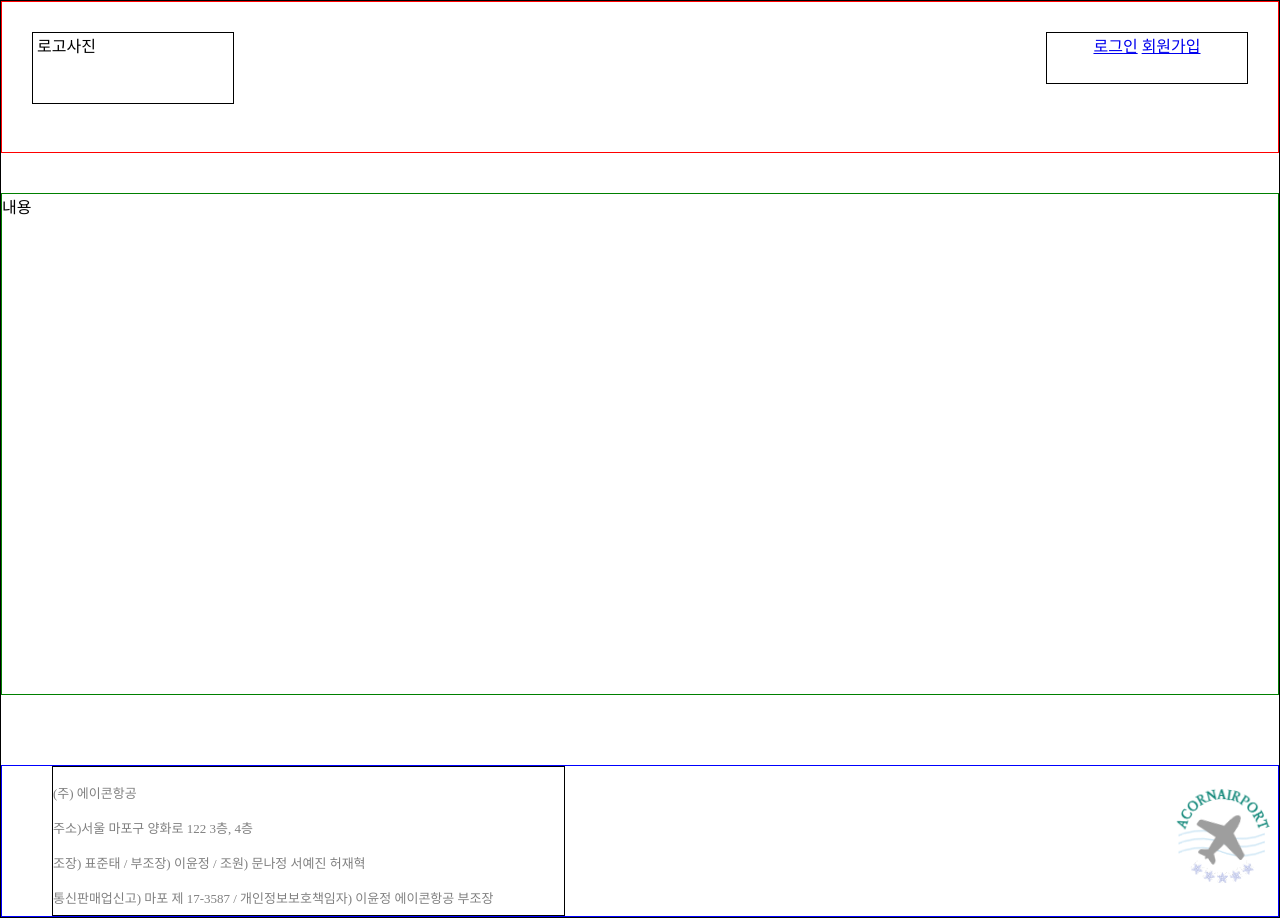
Repository: juntae710/Acorn_AirlineReservation_Project
Page: http://localhost/prj3_1/WEB-INF/views/h_index.jsp
The author's editor kept a copy of each file at every save. The page is drawn from the files as they stood at one save, then again after the next save.
The browser window is 1280 px wide. The pictures show the whole page.
The page is served by Tomcat 9. Nobody is signed in. Other server files are loaded and not shown. The template is opened directly, without the code that normally fills it, so the values that code supplies are empty.

Above is the page before, as saved 2023-09-20 02:04:45.

### Eclipse/prj3_1/src/main/webapp/WEB-INF/views/h_index.jsp
<%@ page language="java" contentType="text/html; charset=UTF-8"
	pageEncoding="UTF-8"%>
<!DOCTYPE html>
<html>
<head>
<meta charset="UTF-8">
<title>Insert title here</title>
<style>
* {
	margin: 0;
}

main {
	border: 1px solid black;
}

header {
	border: 1px solid red;
	height: 150px;
	display: flex;
	position: relative;

}

.headerimg {
	width: 200px;
	height: 70px;
	border: 1px solid black;
	position: absolute;
	left: 30px;
	top: 30px;
}

.headerAtag {
	width: 200px;
	height: 50px;
	border: 1px solid black;
	position: absolute;
	right: 30px;
	top: 30px;
	text-align: center;
}

section {
	border: 1px solid green;
	height: 500px;
	margin-top: 40px;
}

footer {
	border: 1px solid blue;
	height: 150px;
	margin-top: 70px;
	margin-bottom: 0px;
	display: flex;
}

.footer_info {
	border: 1px solid black;
	margin-left: 50px;
	width: 1000px;
	font-size: 13px;
	color: gray;
}

.footer_img {
	width: 200px;
	height: 100px;
	margin-left: 600px;
	margin-top: 13px;
}
</style>
</head>
<body>
	<main>
		<header>
			<div class="headerimg">
				<img src="" alt=""> 로고사진
			</div>

			<%
			String id = (String) session.getAttribute("id");
			%>

			<div class="headerAtag">
				<%
				if (id == null) {
				%>
				<a href="<%=request.getContextPath()%>/h_login">로그인</a>
				<%

				%>
				<a href="<%=request.getContextPath()%>/l_join">회원가입</a>
				<%
				} else {
				%>
				<p>
					아이디:
					<%=id%>님
				</p>
				<a href="<%=request.getContextPath()%>/h_logOut">로그아웃</a> <a
					href="<%=request.getContextPath()%>/UUA.do">마이페이지</a>

				<%
				}
				%>
			</div>

		</header>

		<section>내용</section>



		<footer>
			<div class="footer_info">
				<br>(주) 에이콘항공 <br>
				<br> 주소)서울 마포구 양화로 122 3층, 4층 <br>
				<br> 조장) 표준태 / 부조장) 이윤정 / 조원) 문나정 서예진 허재혁 <br>
				<br> 통신판매업신고) 마포 제 17-3587 / 개인정보보호책임자) 이윤정 에이콘항공 부조장
			</div>
			<div class="footer_img">
				<img alt="이미지" src="<%=request.getContextPath()%>/img/acornairport.png">
			</div>
		</footer>
	</main>
</body>
</html>

After the next save:
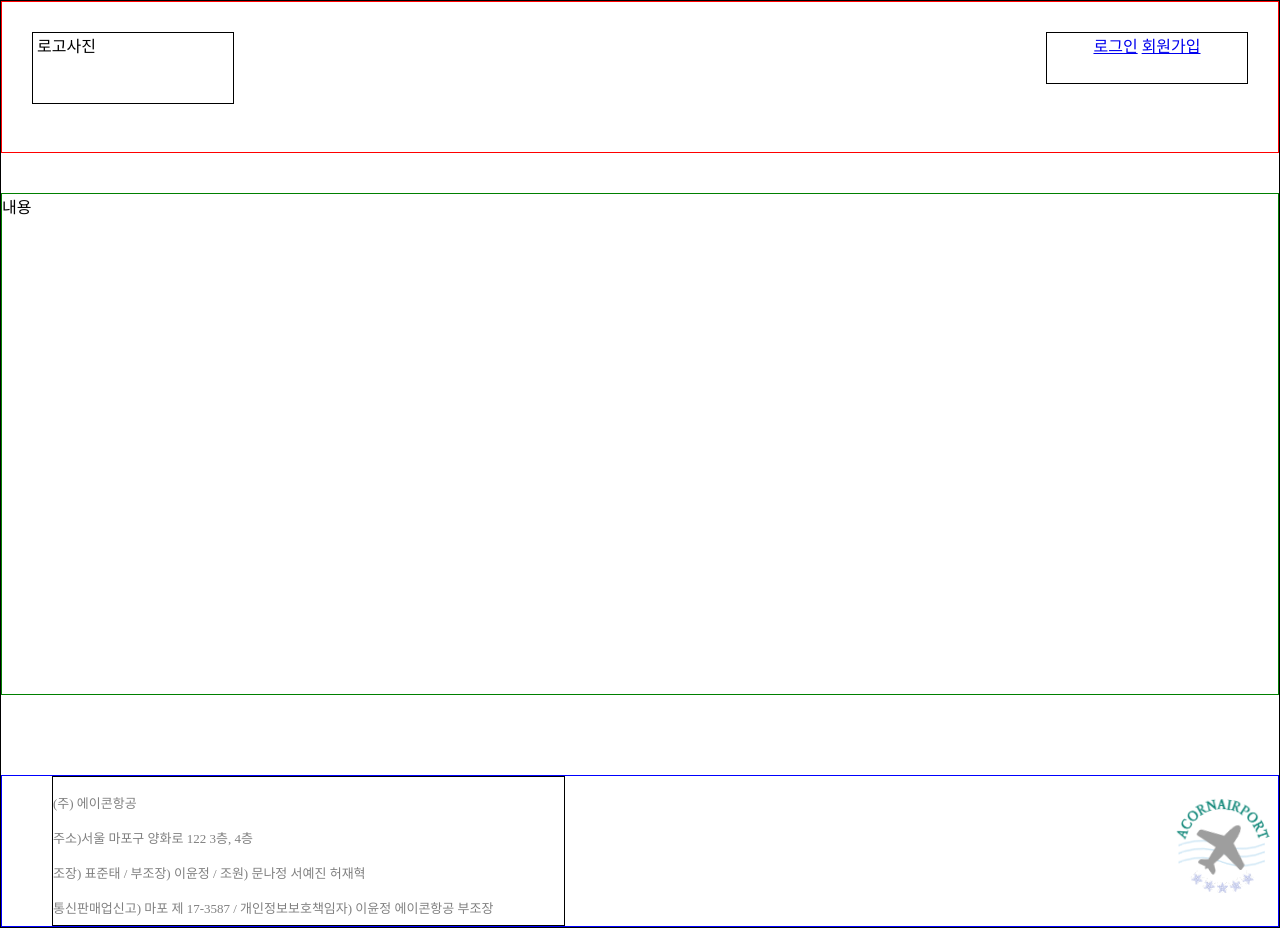
Saved 5 s later.
--- a/Eclipse/prj3_1/src/main/webapp/WEB-INF/views/h_index.jsp
+++ b/Eclipse/prj3_1/src/main/webapp/WEB-INF/views/h_index.jsp
@@ -50,7 +50,7 @@ section {
 footer {
 	border: 1px solid blue;
 	height: 150px;
-	margin-top: 70px;
+	margin-top: 80px;
 	margin-bottom: 0px;
 	display: flex;
 }
